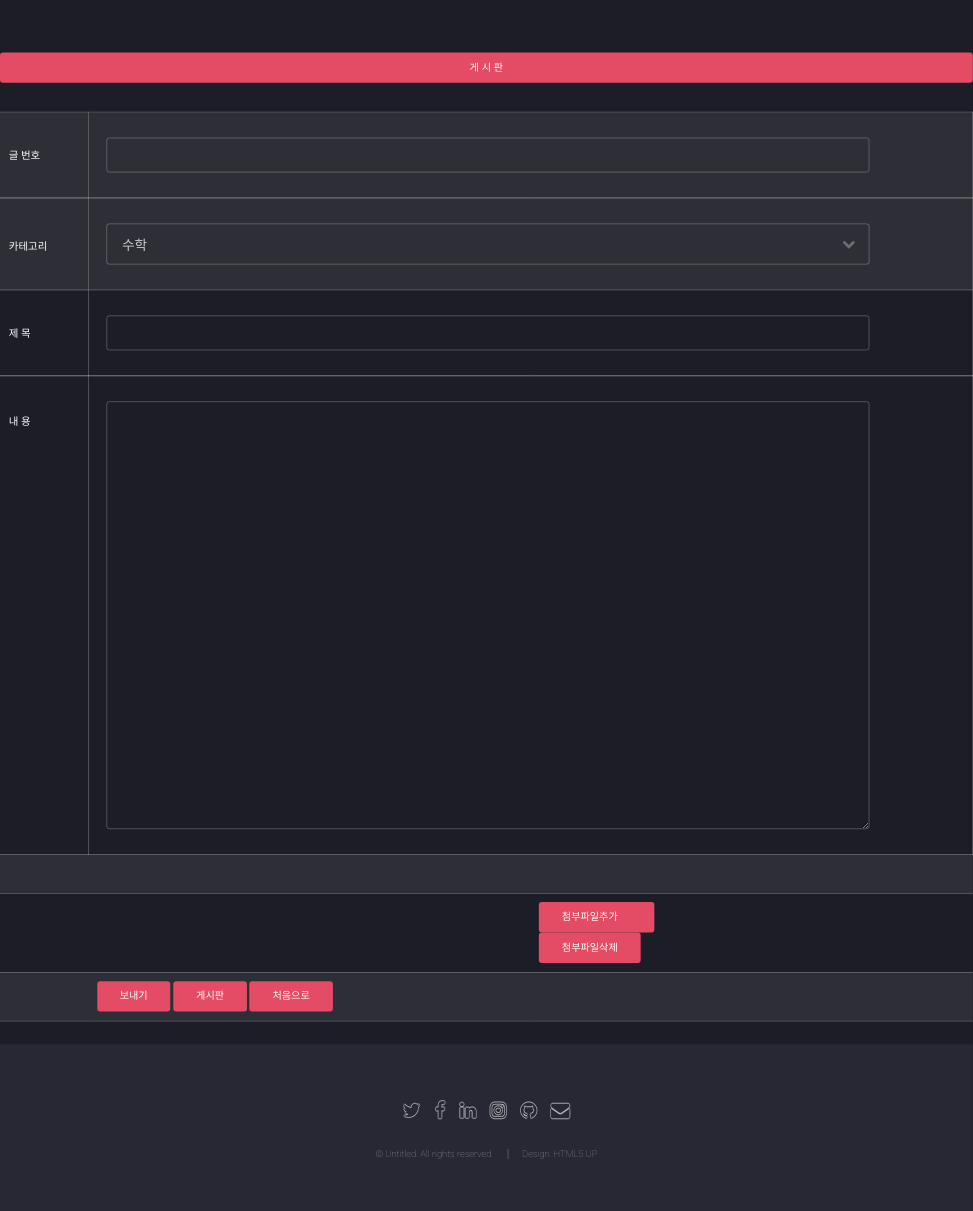
Repository: worMholEamkim/SpringEX
Page: http://localhost/bbs/bbsupdate.do
An editor plug-in stored every save of this project. The page is shown before and after the next save, followed by the edit.
The browser window is 1280 px wide. The pictures show the whole page, at 76% of full size.
The page is served by Tomcat 9. Queries for data that is not in the repository find no rows.

Above is the page before, as saved 2019-03-18 05:29:15.

After the next save:
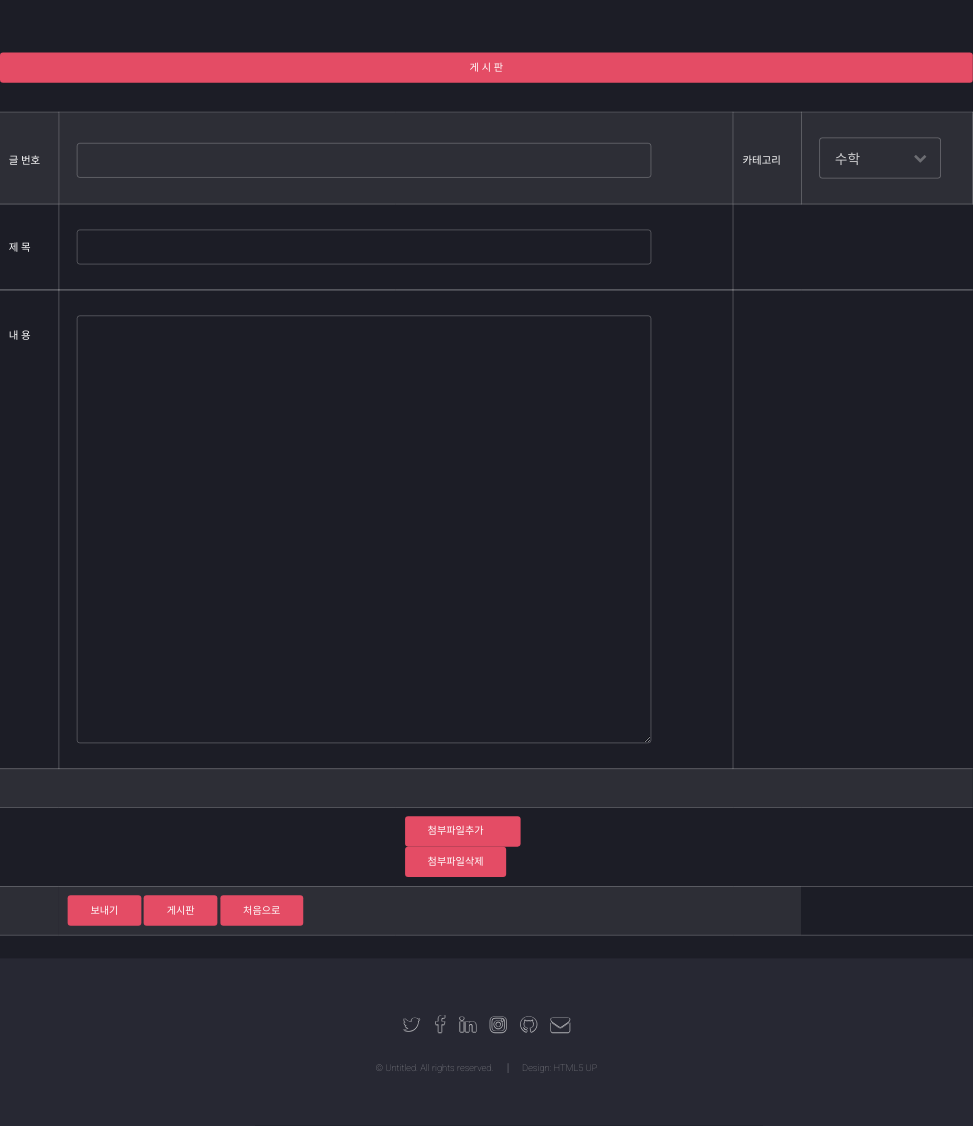
Saved 36 s later.
--- a/JSP_WepPage_Server-master.zip_expanded/JSP_WepPage_Server-master/bbs/WebContent/WEB-INF/bbsupdate.jsp
+++ b/JSP_WepPage_Server-master.zip_expanded/JSP_WepPage_Server-master/bbs/WebContent/WEB-INF/bbsupdate.jsp
@@ -54,8 +54,8 @@
 							style="width: 90%; padding: 12px 20px; margin: 10px 0px; box-sizing: border-box; border-radius: 4px;
 	    border: solid 1px rgba(255, 255, 255, 0.3);">
 						</td>
-					<tr>
-					<tr>
+
+
 						<td><h5>카테고리</h5></td>
 						<td colspan="2" class="box">
 						<select name="category"
